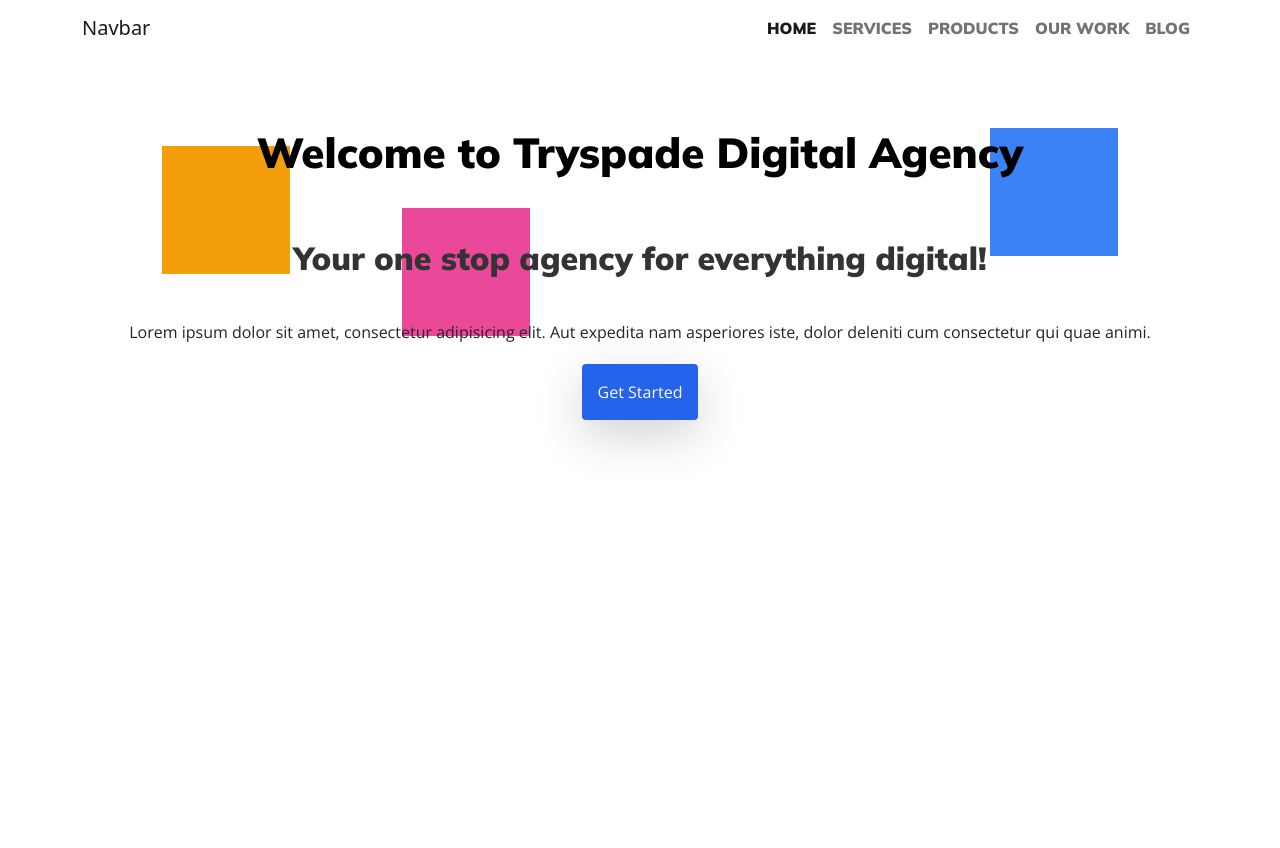
Repository: latenightsnacc/super-octo-fortnight
Page: index.html
An editor plug-in stored every save of this project. The page is shown before and after the next save, followed by the edit.
The browser window is 1280 px wide. The pictures show the whole page.
Some web libraries are served in a nearby version. The style sheet was rebuilt from its Sass, Less or Tailwind sources for each picture, by a compiler version that may differ from the author's.

Above is the page before, as saved 2021-01-29 12:53:32.

After the next save:
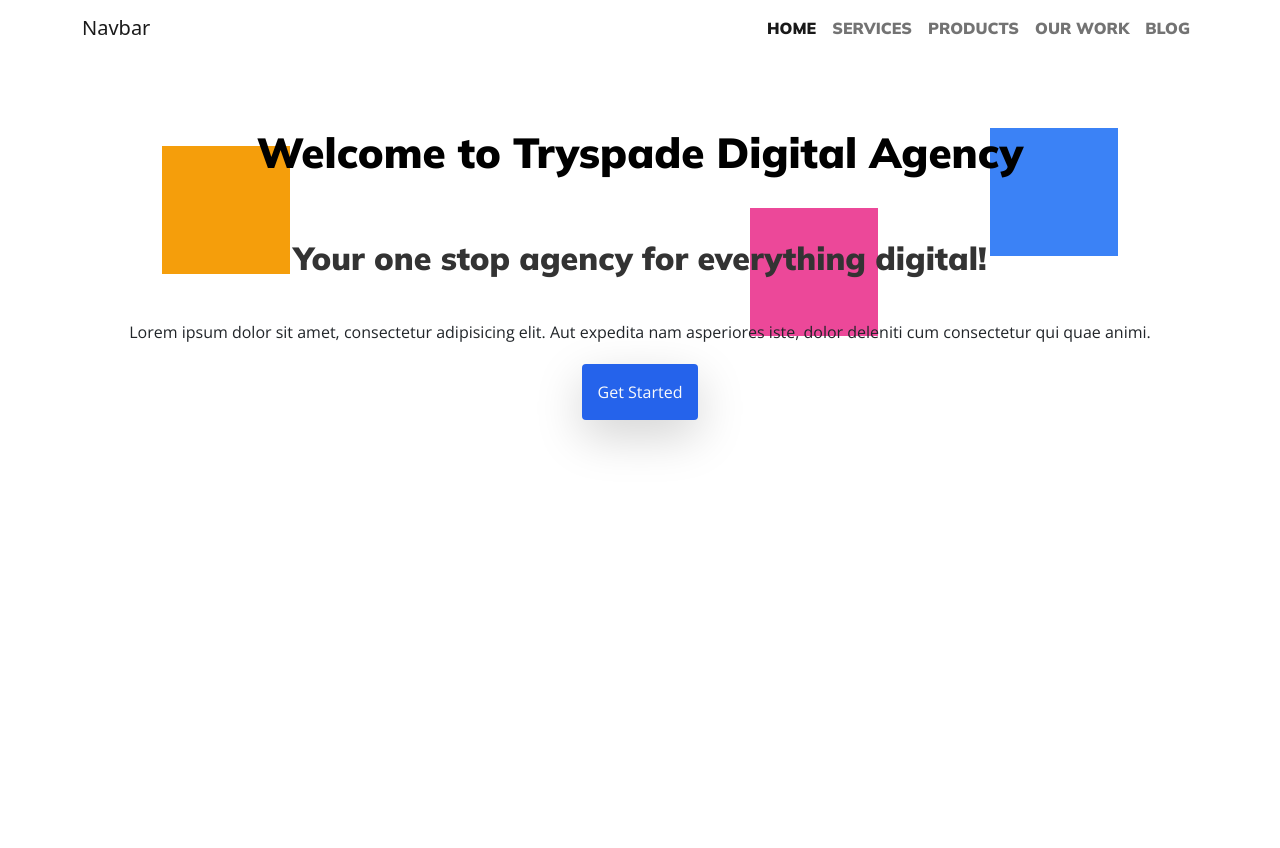
Saved 26 s later.
--- a/index.html
+++ b/index.html
@@ -65,7 +65,7 @@
                     <div class="absolute bottom-70 right-20">
                         <div class="z-0 border-2 border-blue-500 bg-blue-500 w-32 h-32"></div>
                     </div>
-                    <div class="absolute top-20 left-80">
+                    <div class="absolute top-20 right-80">
                         <div class="z-0 border-2 border-pink-500 bg-pink-500 w-32 h-32"></div>
                     </div>
                     <div class="flex justify-center">

After the save that followed:
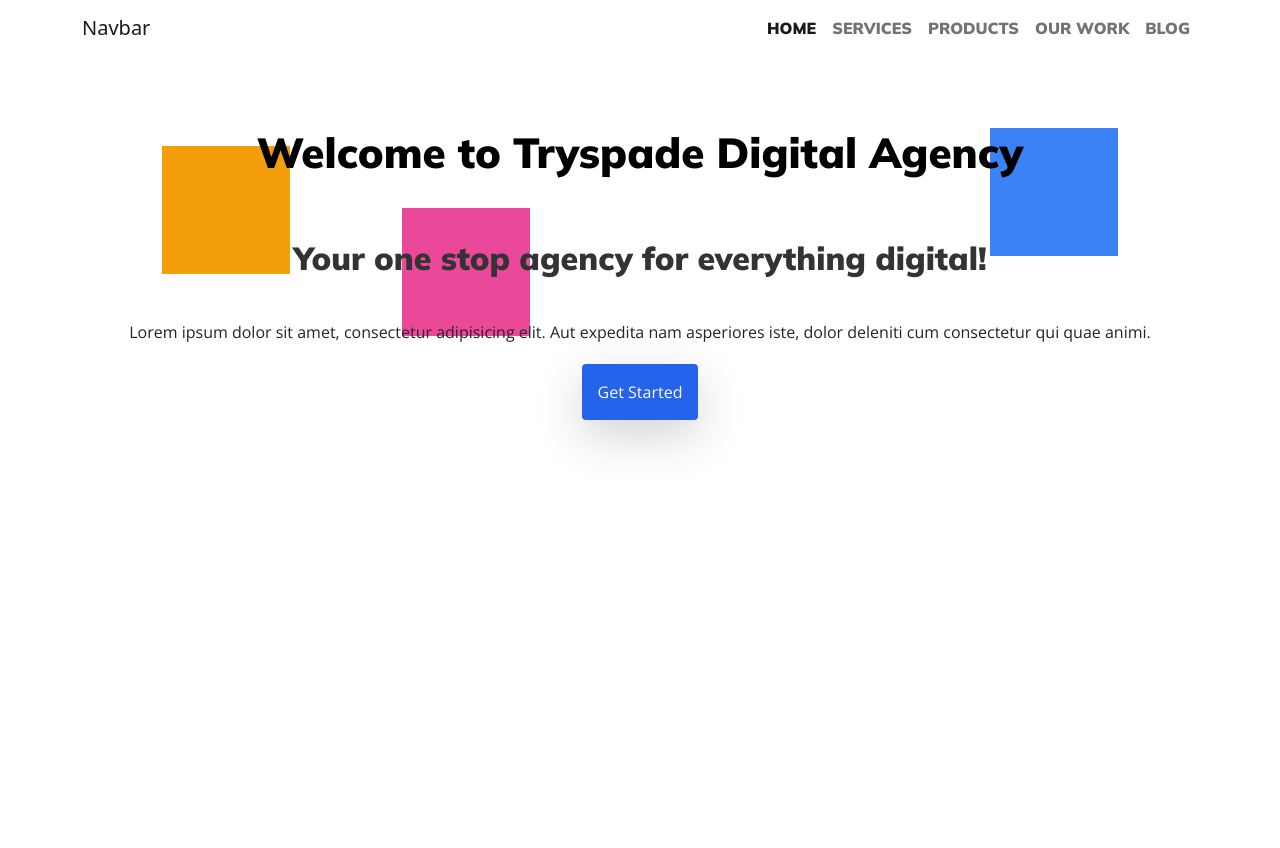
Saved 8 s later.
--- a/index.html
+++ b/index.html
@@ -65,7 +65,7 @@
                     <div class="absolute bottom-70 right-20">
                         <div class="z-0 border-2 border-blue-500 bg-blue-500 w-32 h-32"></div>
                     </div>
-                    <div class="absolute top-20 right-80">
+                    <div class="absolute top-20 left-80">
                         <div class="z-0 border-2 border-pink-500 bg-pink-500 w-32 h-32"></div>
                     </div>
                     <div class="flex justify-center">
